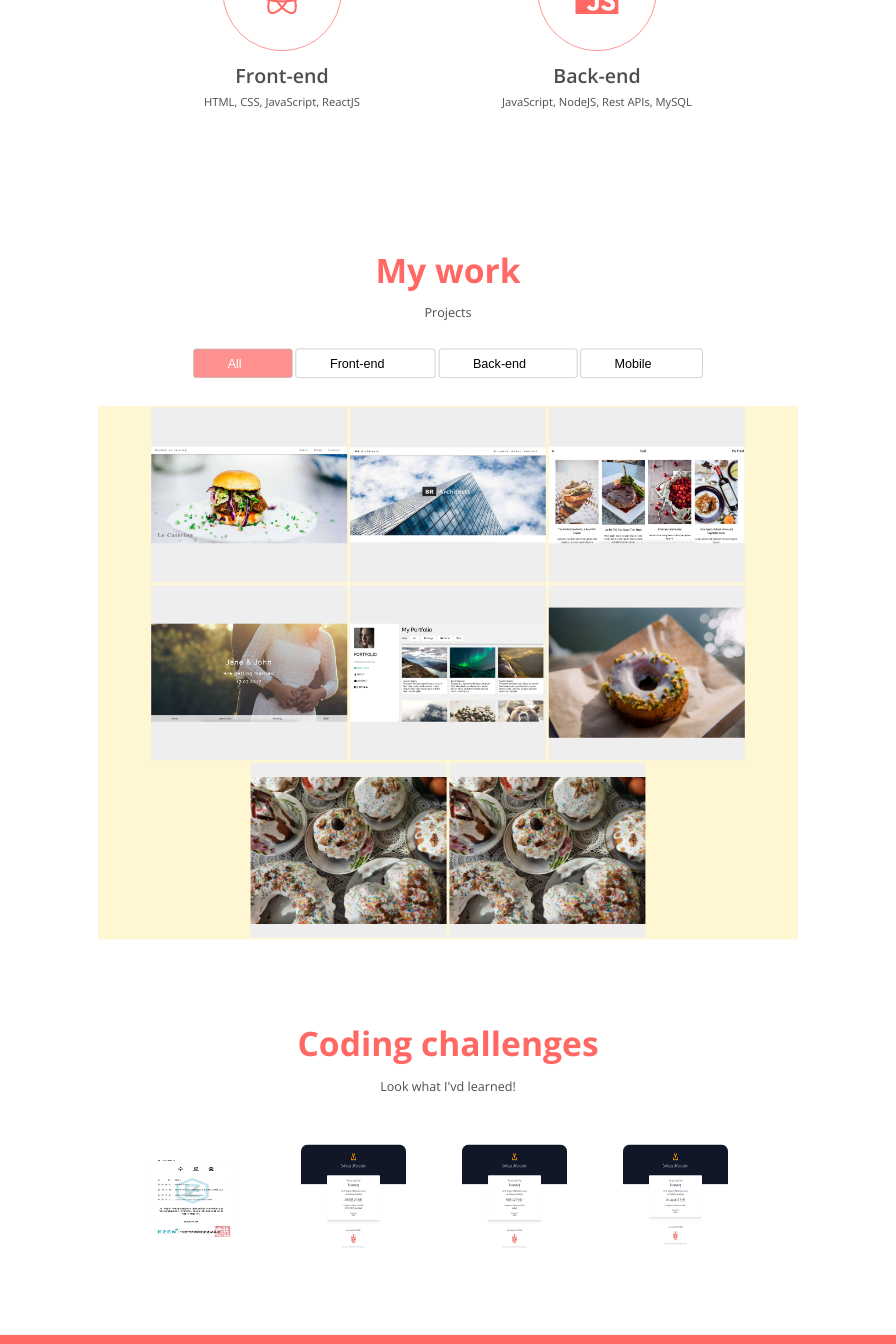
Repository: hesshess/Portfolio
Page: index.html
These files come from the project's save history. The page is drawn as it stood at one moment and after the next save; the edit follows.
The browser window is 1280 px wide. The pictures show the part of the page from y = 1060 to 2980 px (the page is 3375 px tall), at 70% of full size.
Some web libraries are served in a nearby version.

Above is the page before, as saved 2022-10-19 11:51:19.

### index.html
<!DOCTYPE html>
<html lang="en">
  <head>
    <meta charset="UTF-8" />
    <meta name="viewport" content="width=device-width, initial-scale=1.0" />
    <title>Hess's Portfolio</title>
    <meta
      name="description"
      content="Portfolio for world-renowed software engineer Hess"
    />
    <meta name="author" content="Hess" />
    <link rel="icon" type="image/png" href="imgs/favicon.png" />
    <script
      src="https://kit.fontawesome.com/1af2041847.js"
      crossorigin="anonymous"
    ></script>
    <link
      href="https://fonts.googleapis.com/css2?family=Amatic+SC:wght@400;700&family=Open+Sans:wght@400;600;700&display=swap"
      rel="stylesheet"
    />
    <link rel="stylesheet" href="style.css" />
    <script src="main.js" defer></script>
  </head>
  <body>
    <!-- Navbar -->
    <nav id="navbar">
      <div class="navbar__logo">
        <i class="fas fa-home"></i>
        <a href="#">Hess</a>
      </div>
      <div class="navbar__menu">
        <ul class="navbar__menu">
          <li class="navbar__menu__item active" data-link="#home">Home</li>
          <li class="navbar__menu__item" data-link="#about">About</li>
          <li class="navbar__menu__item" data-link="#work">My Work</li>
          <li class="navbar__menu__item" data-link="#testimonials">
            Certificate
          </li>
          <li class="navbar__menu__item" data-link="#contact">Contact</li>
        </ul>
      </div>
      <!-- Toggle button -->
      <button class="navbar__toggle-btn">
        <i class="fas fa-bars"></i>
      </button>
    </nav>
    <!-- Home -->
    <section id="home">
      <div class="home__container">
        <img
          src="imgs/profile.JPG"
          alt="Hess's profile Photo"
          class="home__avatar"
        />

        <h1 class="home__title">Hello, <br />I'm Hess Wang</h1>
        <h2 class="home__description">
          A Softerware Engineer currently residing in Seoul, South Korea.
        </h2>
        <button class="home__contact" data-link="#contact">Contact Me</button>
      </div>
    </section>

    <!-- About -->

    <section id="about" class="section section__container">
      <h1>About me</h1>
      <p>Enthusiasic Fast Learner who's also interested in Back-end</p>
      <div class="about__majors">
        <div class="major">
          <div class="major__icon">
            <i class="fab fa-react"></i>
          </div>
          <h2 class="major__title">Front-end</h2>
          <div class="major__description">
            HTML, CSS, JavaScript, ReactJS
          </div>
        </div>
        <div class="major">
          <div class="major__icon">
            <i class="fab fa-js"></i>
          </div>
          <h2 class="major__title">Back-end</h2>
          <div class="major__description">
            JavaScript, NodeJS, Rest APIs, MySQL
          </div>
        </div>
      </div>
    </section>


    <!-- Work -->
    <section id="work" class="section">
      <div class="section__container">
        <h1>My work</h1>
        <h3>Projects</h3>
        <div class="work__categories">
          <button class="category__btn active" data-filter="*">
            All<span class="category__count">8</span>
          </button>
          <button class="category__btn" data-filter="front-end">
            Front-end<span class="category__count">3</span>
          </button>
          <button class="category__btn" data-filter="back-end">
            Back-end<span class="category__count">3</span>
          </button>
          <button class="category__btn" data-filter="mobile">
            Mobile<span class="category__count">2</span>
          </button>
        </div>

        <div class="work__projects">
          <a
          href="https://hesshess.github.io/clonecoding-assignment/1-gourtmet-au-catering/template1.html"
          class="project"
          target="blank"
          data-type="front-end"
        >
          <img
            src="./imgs/work/template1.png"
            alt="Youtube"
            class="project__img"
          />
          <div class="project__description">
            <h3>Youtube Site</h3>
            <span>Clone coding with HTML and CSS</span>
          </div>
        </a>
        <a
          href="https://hesshess.github.io/clonecoding-assignment/2-ba-architects/template2.html"
          class="project"
          target="blank"
          data-type="front-end"
        >
          <img
            src="./imgs/work/template2.png"
            alt="Youtube"
            class="project__img"
          />
          <div class="project__description">
            <h3>Youtube Site</h3>
            <span>Clone coding with HTML and CSS</span>
          </div>
        </a>
        <a
          href="https://hesshess.github.io/clonecoding-assignment/3-food-blog/template3.html"
          class="project"
          target="blank"
          data-type="front-end"
        >
          <img
            src="./imgs/work/template3.png"
            alt="Youtube"
            class="project__img"
          />
          <div class="project__description">
            <h3>Youtube Site</h3>
            <span>Clone coding with HTML and CSS</span>
          </div>
        </a>
        <a
          href="https://hesshess.github.io/clonecoding-assignment/4-wedding-invitation/template4.html"
          class="project"
          target="blank"
          data-type="front-end"
        >
          <img
            src="./imgs/work/template4.png"
            alt="Youtube"
            class="project__img"
          />
          <div class="project__description">
            <h3>Youtube Site</h3>
            <span>Clone coding with HTML and CSS</span>
          </div>
        </a>
        <a
          href="https://hesshess.github.io/clonecoding-assignment/5-nature-portfolio/template5.html"
          class="project"
          target="blank"
          data-type="front-end"
        >
          <img
            src="./imgs/work/template5.png"
            alt="Youtube"
            class="project__img"
          />
          <div class="project__description">
            <h3>Youtube Site</h3>
            <span>Clone coding with HTML and CSS</span>
          </div>
        </a>
          <a
            href="깃허브링크"
            class="project"
            target="blank"
            data-type="back-end"
          >
            <img src="imgs/projects/2.jpg" alt="Youtube" class="project__img" />
            <div class="project__description">
              <h3>Youtube Site</h3>
              <span>Clone coding with HTML and CSS</span>
            </div>
          </a>
          <a
            href="깃허브링크"
            class="project"
            target="blank"
            data-type="mobile"
          >
            <img src="imgs/projects/3.jpg" alt="Youtube" class="project__img" />
            <div class="project__description">
              <h3>Youtube Site</h3>
              <span>Clone coding with HTML and CSS</span>
            </div>
          </a>
          <a
            href="깃허브링크"
            class="project"
            target="blank"
            data-type="mobile"
          >
            <img src="imgs/projects/3.jpg" alt="Youtube" class="project__img" />
            <div class="project__description">
              <h3>Youtube Site</h3>
              <span>Clone coding with HTML and CSS</span>
            </div>
          </a>
        </div>
      </div>
    </section>
    <!-- Testimonials -->
    <section id="testimonials" class="section">
      <div class="section__container">
        <h1>Coding challenges</h1>
        <h3>Look what I'vd learned!</h3>
        <div class="testimonials">
          <div class="testimonial">
            <img
              src="imgs/testimonial/certificate1.jpg"
              class="testimonial__avatar"
            />
            <div class="testimonial__description">
              <h3>이젠 - 풀스택 웹개발자 6개월 과정</h3>
              <span>HTML, CSS, Javascript, React, Node, MySQL</span>
            </div>
          </div>

          <div class="testimonial">
            <img
              src="imgs/testimonial/nomad1.jpg"
              class="testimonial__avatar"
            />
            <div class="testimonial__description">
              <h3>노마드코드 - 카카오 클론 2주 챌린지</h3>
              <span>HTML5, CSS3, Flexbox, Github</span>
          </div>
          </div>
          <div class="testimonial">
            <img
              src="imgs/testimonial/nomad2.jpg"
              class="testimonial__avatar"
            />
            <div class="testimonial__description">
              <h3>노마드코드 - 바닐라 JS 2주 챌린지</h3>
              <span>HTML5, CSS3, VanillaJS</span>
          </div></div>
          <div class="testimonial">
            <img
              src="imgs/testimonial/nomad3.jpg"
              class="testimonial__avatar"
            />
            <div class="testimonial__description">
              <h3>노마드코드 - CSS LAYOUT 2주 챌린지</h3>
              <span>Flexbox, Grid, Scss</span>
          </div>
        </div>
      </div>
    </section>
    <!-- Contact -->
    <section id="contact" class="section">
      <h1 class="contact__title">Let's talk</h1>
      <h2>
        <a href="mailto:hess90wang@gmail.com" class="contact__email"
          >hess90wang@gmail.com</a
        >
      </h2>
      <div class="contact__links">
        <a href="https://github.com/hesshess" target="_blank">
          <i class="fab fa-github"></i>
        </a>
        <a
          href="https://www.linkedin.com/in/hess-wang-294197254/"
          target="_blank"
        >
          <i class="fa fa-linkedin-square"></i
        ></a>
      </div>
      <p class="contact__rights">2020 HESS Cottage - All rights reserved</p>
    </section>

    <!-- Arrow up -->
    <button class="arrow-up">
      <i class="fas fa-arrow-up"></i>
    </button>
  </body>
</html>

### style.css
/* Global */
:root {
  /* Color */

  --color-white: #ffffff;

  --color-light-white: #eeeeee;

  --color-dark-white: #bdbdbd;

  --color-pink: #fe918d;

  --color-dark-pink: #ff6863;

  --color-dark-grey: #4d4d4d;

  --color-grey: #616161;

  --color-light-grey: #7c7979;

  --color-blue: #73aace;

  --color-yellow: #fff7d1;

  --color-orange: #feb546;

  --color-black: #000000;

  /* Font size */

  --font-large: 48px;

  --font-medium: 28px;

  --font-regular: 18px;

  --font-small: 16px;

  --font-micro: 14px;

  /* Font weight */

  --weight-bold: 700;

  --weight-semi-bold: 600;

  --weight-regular: 400;

  /* Size */
  --size-border-radius: 4px;

  /* Animation */
  --animation-duration: 300ms;
}

/* Universal tags */
* {
  box-sizing: border-box;
}

body {
  margin: 0;
  font-family: "Open Sans", sans-serif;
  cursor: default;
}

a {
  text-decoration: none;
  color: var(--color-white);
}
ul {
  list-style: none;
  padding-left: 0;
}
li {
  list-style: none;
}

button {
  background-color: transparent;
  cursor: pointer;
  border: none;
  outline: none;
}

/* Typography */
h1 {
  font-size: var(--font-large);
  font-weight: var(--weight-bold);
  color: var(--color-dark-pink);
  margin: 16px 0;
}

h2 {
  font-size: var(--font-medium);
  font-weight: var(--weight-semi-bold);
  color: var(--color-dark-grey);
  margin: 8px 0;
}

h3 {
  font-size: var(--font-regular);
  font-weight: var(--weight-regular);
  color: var(--color-dark-grey);
  margin: 8px 0;
}

p {
  font-size: var(--font-regular);
  font-weight: var(--weight-regular);
  color: var(--color-light-grey);
  margin: 4px 0;
}

/* Navbar */
#navbar {
  position: fixed;
  width:100%;
  display: flex;
  justify-content: space-between;
  background-color: transparent;
  align-items: center;
  color: var(--color-dark-white);
  padding: 10px;
  transition: all var(--animation-duration) ease-in-out;
  z-index:1;
}
#navbar.navbar--dark{
  background-color: var(--color-pink);
  color:var(--color-white);
  padding: 5px;

}
.navbar__menu {
  display: flex;
  margin: 4px 0;
}

.navbar__logo {
  font-size: var(--font-medium);
  font-weight: var(--weight-semi-bold);
  padding-left: 10px;
}
.navbar__menu__item {
  padding: 4px 6px;
  margin: 0 4px;
  cursor: pointer;
  border-radius: var(--size-border-radius);
}

.navbar__menu__item.active {
  border: 1.5px solid var(--color-pink);
}

.navbar__menu__item:hover {
  background-color: var(--color-dark-pink);
  border-radius: var(--size-border-radius);
}

.navbar__toggle-btn{
  position: absolute;
  top:10px;
  right:16px;
  font-size: 24px;
  color:var(--color-white);
  display:none;

}

/* Home */
#home {
  background: url("imgs/home-background.png") center/cover no-repeat;
  padding: 40px;
  padding-top:120px;
  text-align: center;
}

.home__avatar {
  width: 250px;
  height: 250px;
  border-radius: 50%;
  border: 3px solid var(--color-pink);
}

.home__title,
.home__description {
  color: var(--color-light-grey);
}
.home__contact {
  color: var(--color-grey);
  font-size: var(--font-regular);
  font-weight: var(--weight-bold);
  margin: 24px;
  padding: 8px 12px;
  border: 2px solid var(--color-light-grey);
  border-radius: var(--size-border-radius);
}

/* Section Common*/
.section {
  text-align: center;
  padding: 50px;
  margin: auto;
}

.section__container {
  max-width: 1000px;
  margin: auto;
}

/* About */
.about__majors {
  display: flex;
  justify-content: space-around;
  margin: 80px 0;
}


.major__icon {
  width: 170px;
  height: 170px;
  font-size: 70px;
  line-height: 170px;
  color: var(--color-dark-pink);
  margin: auto;
  border: 1px solid var(--color-dark-pink);
  border-radius: 50%;
  margin-bottom: 16px;
}

.major__icon i {
  transition: all var(--animation-duration) ease;
}

.major__icon:hover i {
  color: var(--color-pink);
  transform: rotate(30deg) scale(1.2);
}

.major__title,
.major__description {
  color: var(--color-dark-grey);
}

.major__description {
  font-size: var(--font-small);
}

.job {
  display: flex;
  align-items: center;
}

.job__description {
  margin: 0 16px;
  text-align: left;
}

.job__name,
.job__period {
  color: var(--color-light-grey);
}

.job__name {
  font-size: var(--font-small);
}

.job__period {
  font-size: var(--font-micro);
}

.job__logo {
  width: 80px;
  height: 80px;
  border-radius: 50%;
  margin-right: 20px;
}

/* Skill */
#skills {
  background-color: var(--color-yellow);
}

.skillset {
display: flex;
background-color:var(--color-light-grey);
color:var(--color-light-white);
margin:20px 0;
}

.skillset__title{
    color:var(--color-white);

}

.skillset__left{
flex-basis: 60%;
background-color:var(--color-dark-grey);
padding: 20px 40px;
}

.skill{
  margin-bottom: 32px;
}

.skill__description{
    display:flex;
    justify-content: space-between;

}

.skill__bar{
  width: 100%;
  height:3px;
  background-color: var(--color-grey);

}
.skill__value{
  height:3px;
  background-color: var(--color-orange);
}

.skillset__right{
flex-basis: 40%;
}

.tools {
    background-color: var(--color-grey);
}

.tools, .etx{
  padding: 20px;
}

/* Work */


.work__categories {
  margin:40px;
}
.category__btn{
  border: 1px solid var(--color-dark-white);
  border-radius:  var(--size-border-radius);
  font-size:var(--font-regular);
  padding: 8px 48px;
}

.category__btn.active, .category__btn:hover{
  background-color: var(--color-pink);
  color: var(--color-white);
}

.category__btn .active .category__count,.category__btn:hover .category__count {
  opacity: 1;
  top: 0;
}



.category__count{
  background-color: var(--color-orange);
  border-radius: 50%;
  color:var(--color-white);
  width:24px;
  height:24px;
  display: inline-block;
  line-height: 24px ;
  position:relative;
  top: -20px;
  left:4px;
  opacity:0;
  transition: all var(--animation-duration) ease-in;

}

 .work__projects{
   display:flex;
   flex-wrap:wrap;
   justify-content: center;
   opacity:1;
   transition: all var(--animation-duration) ease-out;
   background-color:var(--color-yellow);

 }
 .work__projects.anim-out{
   opacity:0;
   transform: scale(0.96) translateY(40px);
 }

 .project {
   position: relative;
   display:flex;
   justify-content: center;
   align-items: center;
   width:280px;
   height:250px;
   margin:2px;
   background-color: var(--color-light-white);

 }
 .project.invisible{
   display:none;
 }

 .project__img{
   max-width:100%;
   max-height:100%;
 }

 .project__description, .testimonial__description{
   position: absolute;
   background-color: black;
   display: flex;
   flex-direction: column;
   justify-content: center;
   width:100%;
   height:100%;
   top:0;
   left:0;
   opacity:0;
   transform:translateY(10px);
   transition: all var(--animation-duration) ease-in;
 }
 .testimonial__description{
  padding: 10px;
  font-size: 0.7em;
  width:150px;
  height:150px;
  border-radius: 10px;
  color:var(--color-white);
 }

 .project:hover .project__description{
opacity:0.8;
transform:translateY(0px);
 }

 .testimonial:hover .testimonial__description{
  opacity:0.8;
  transform:translateY(0px);
   }

 .project__description h3{
   color:var(--color-white);
 }

 .project__description h3:after{
   display: block;
   content:'';
   position: relative;
   left:50%;
   width:25px;
   height:2px;
   margin-left: -12px;
   margin-top: 8px;
   background-color: var(--color-dark-white);
 }


/* testimonial */
#testimonials{
  background-color:rgb(255, 186, 191) #FFECBF;

}

.testimonials {
  margin: 40px;
  display: flex;
  justify-content: space-around;
}

.testimonial{
  display: flex;
margin:32px 0;
transition: all var(--animation-duration) ease-in;
}
.testimonial:hover {
  transform: scale(1.5);
}
.testimonial .project__description{
  opacity:0.8;
  transform:translateY(0px);
   }

.testimonial__avatar{
  width:150px;
  height:150px;
  border-radius: 10px;

}
.testimonial__avatar:nth-child(odd){
  margin-right:40px;
}
.testimonial__avatar:nth-child(even){
  margin-left:40px;
}

.testimonial__speech-bubble{
  padding:18px;
  background-color: var(--color-white);
  border-radius: var(--size-border-radius);
}

.testimonial__speech-bubble p {
  color: var(--color-light-grey);

}

.testimonial__speech-bubble a{
  color: var(--color-pink);
}

/* Contact */

#contact{
  background-color: var(--color-dark-pink);


}
.contact__title, .contact__email, .contact__rights{
  color: var(--color-white);
}

.contact__title{
  margin: 32px 0;

}

.contact__links{
  font-size: var(--font-large);
  margin: 24px 0px;
  transition: all var(--animation-duration) ease-in;

}

.contact__links i:hover {
  transform: scale(1.3);
  color:var(--color-orange);

}


/* Scroll */
.arrow-up{
  position:fixed;
  bottom: 50px;
  right:50px;
  width:70px;
  height:70px;
  font-size: 50px;
  background-color: var(--color-pink);
  color: var(--color-white);
  border-radius: 50%;
  opacity:0;
  pointer-events: none ;
  transition: all var(--animation-duration) ease-in
}

.arrow-up.visible {
  opacity:1;
  pointer-events: auto;
}


/* For below 768px screen width */

@media screen and (max-width:768px){
.navbar__toggle-btn{
  display:block;

}
#navbar{
  font-display: column;
align-items:flex-start;
}
.navbar__menu{
  flex-direction: column;
  text-align: center;
  width:100%;
  display:none;

}

.about__majors{
  flex-direction: column;

}
.major{
margin-bottom: 38px;

}

.skillset {
  flex-direction: column;

}

.project{
  flex-grow: 1;
}

.testimonial__avatar{
  width:80px;
  height:80px;
}



}

### main.js
"use strict";

// Make navbar transparent when it is on the top
const navbar = document.querySelector("#navbar");
const navbarHeight = navbar.getBoundingClientRect().height;
document.addEventListener("scroll", () => {
  if (window.scrollY > navbarHeight) {
    navbar.classList.add("navbar--dark");
  } else {
    navbar.classList.remove("navbar--dark");
  }
});

// Handle scrolling when tapping on the navbar menu
const navbarMenu = document.querySelector(".navbar__menu");
navbarMenu.addEventListener("click", (event) => {
  const target = event.target;
  const link = target.dataset.link;
  if (link == null) {
    return;
  }
  scrollIntoView(link);
});

// Handle click on "Contact Me" button on home
const contactMe = document.querySelector(".home__contact");
contactMe.addEventListener("click", () => {
  scrollIntoView("#contact");
});

// Make Home slowly fade to transparent as the window scrolls down
const home = document.querySelector(".home__container");
const homeHeight = home.getBoundingClientRect().height;
document.addEventListener("scroll", () => {
  home.style.opacity = 1 - window.scrollY / homeHeight;
});

// Show "arrow up" button when scrolling down
const arrowUp = document.querySelector(".arrow-up");
document.addEventListener("scroll", () => {
  if (window.scrollY > homeHeight / 2) {
    arrowUp.classList.add("visible");
  } else {
    arrowUp.classList.remove("visible");
  }
});

// Handle click on the "arrow up" button
arrowUp.addEventListener("click", () => {
  scrollIntoView("#home");
});

// Projects
const workBtnContainer = document.querySelector(".work__categories");
const projectContainer = document.querySelector(".work__projects");
const projects = document.querySelectorAll(".project");
workBtnContainer.addEventListener("click", (e) => {
  const filter = e.target.dataset.filter || e.target.parentNode.dataset.filter;
  if (filter == null) {
    return;
  }

  projectContainer.classList.add("anim-out");

  setTimeout(() => {
    projects.forEach((project) => {
      console.log(project.dataset.type);
      if (filter === "*" || filter === project.dataset.type) {
        project.classList.remove("invisible");
      } else {
        project.classList.add("invisible");
      }
    });
    projectContainer.classList.remove("anim-out");
  }, 300);
});

function scrollIntoView(selector) {
  const scrollTo = document.querySelector(selector);
  scrollTo.scrollIntoView({ behavior: "smooth" });
}

After the next save:
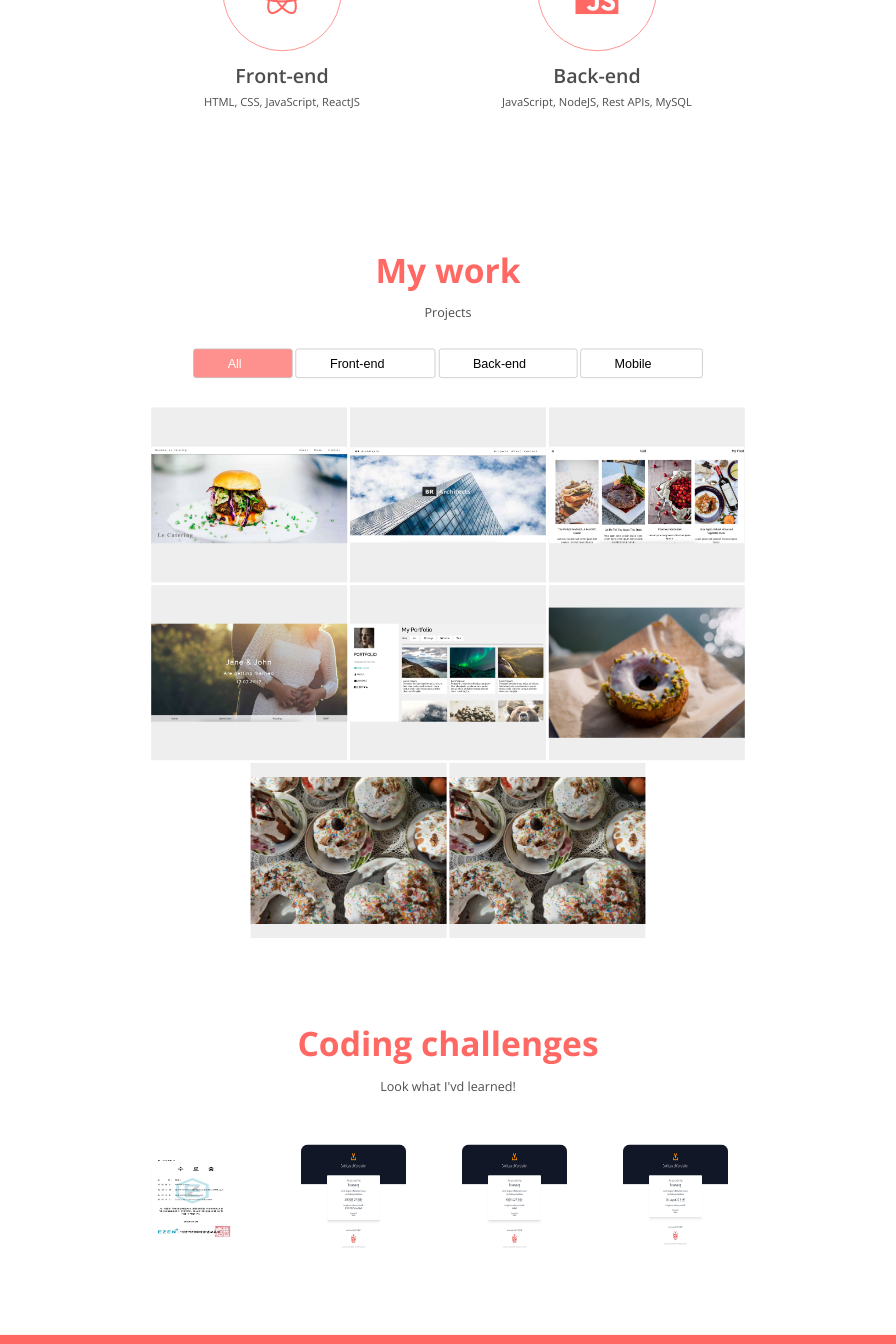
Saved 28 s later.
--- a/style.css
+++ b/style.css
@@ -379,7 +379,6 @@
    justify-content: center;
    opacity:1;
    transition: all var(--animation-duration) ease-out;
-   background-color:var(--color-yellow);
 
  }
  .work__projects.anim-out{
